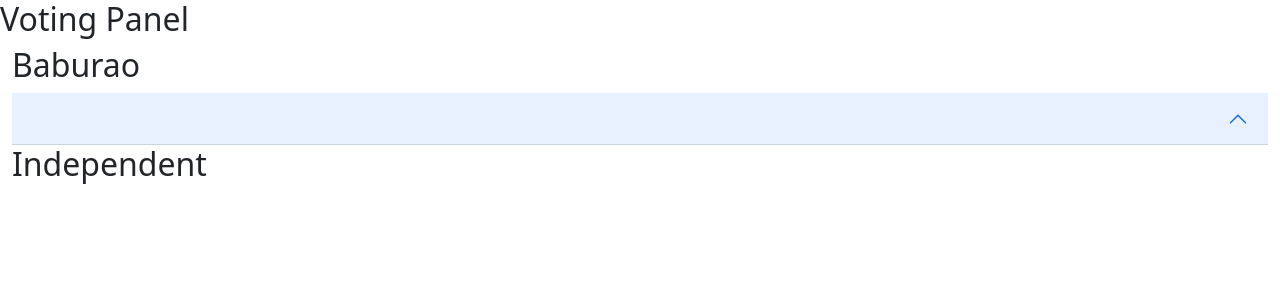
Repository: DavidManiIbrahim/Voting-app
Page: panel.html
An editor plug-in stored every save of this project. The page is shown before and after a run of saves, followed by the edit.
The browser window is 1280 px wide. The pictures show the whole page.

Above is the page before, as saved 2025-01-20 05:16:42.

### panel.html
<!DOCTYPE html>
<html lang="en">
<head>
    <meta charset="UTF-8">
    <meta name="viewport" content="width=device-width, initial-scale=1.0">
    <title>Voting Panel</title>
    <link rel="stylesheet" href="./bootstrap.css">
</head>
<body>

<h2>Voting Panel</h2>

    <div class="container-fluid">
        <h2 class="accor">Baburao</h2>
        <button class="accordion-button">

        </button>
        <h2>Independent</h2>

        <img src="" alt="">
        <img src="" alt="">
    </div>








<script src="./bootstrap.min.js"></script>
</body>
</html>

Loaded but not shown: bootstrap.css (library); bootstrap.min.js (library)

After the next 2 saves:
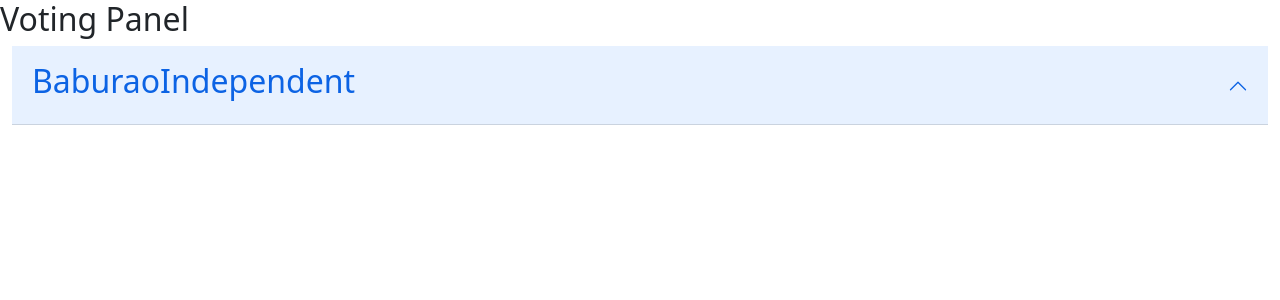
The 2 saves are shown as one change because they came seconds apart.
The last was saved 7 s later.
--- a/panel.html
+++ b/panel.html
@@ -11,11 +11,11 @@
 <h2>Voting Panel</h2>
 
     <div class="container-fluid">
-        <h2 class="accor">Baburao</h2>
         <button class="accordion-button">
+            <h2 class="accor">Baburao</h2>
 
+            <h2>Independent</h2>
         </button>
-        <h2>Independent</h2>
 
         <img src="" alt="">
         <img src="" alt="">
